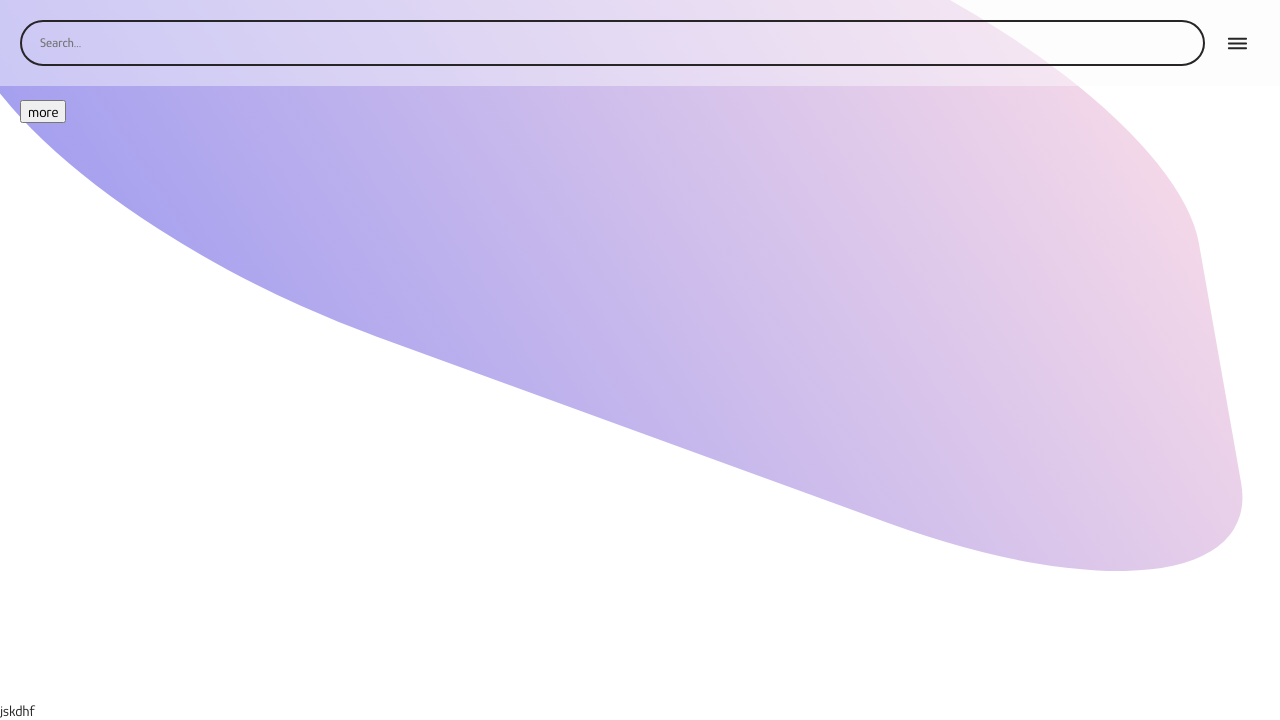
Repository: Axeliriya/my-test
Page: /
The author's editor kept a copy of each file at every save. The page is drawn from the files as they stood at one save, then again after the next save.
The browser window is 1280 px wide. The pictures show the whole page.
The page's requests for data from a server got no answer. The project was rebuilt for these pictures with package versions that can differ from the ones it lists, and the page was loaded fresh each time. No one was signed in, and anything a server would have sent is missing. Also part of the build but not shown: src/components/ProductList/ProductList.tsx, src/components/ProductItem/ProductItem.tsx.

Above is the page before, as saved 2022-04-05 15:50:49.

### public/index.html
<!DOCTYPE html>
<html lang="en">
  <head>
    <meta charset="utf-8" />
    <link rel="icon" href="%PUBLIC_URL%/favicon.ico" />
    <meta name="viewport" content="width=device-width, initial-scale=1" />
    <meta name="theme-color" content="#9796F0" />
    <title>React App</title>
  </head>
  <body>
    <div id="root"></div>
  </body>
</html>

### src/index.tsx
import { createRoot } from 'react-dom/client';
import { App } from './components';
import './assets/styles/main.scss';

const root = createRoot(document.getElementById('root') as HTMLDivElement);
root.render(<App />);

### src/components/index.ts
export * from './App/App';
export * from './Layout/Layout';
export * from './Header/Header';
export * from './Button/Button';
export * from './Input/Input';
export * from './ProductList/ProductList';
export * from './ProductItem/ProductItem';
export * from './Main/Main';

### src/assets/styles/main.scss
@import './base/normalize';
@import './base/fonts';
@import './utils/variables';
@import './utils/mixins';
@import './utils/placeholder';
@import './base/body';

### src/components/App/App.tsx
import { useEffect, useState } from 'react';
import { Layout, ProductList } from '..';
import { ProductModel } from '../../interfaces/product.interface';
import { getProducts } from '../../services/api-service';
import styles from './App.module.scss';
// import { AppProps } from './App.props';

export const App = (): JSX.Element => {
  return (
    <div className={styles.app}>
      <Layout />
    </div>
  );
};

### src/components/Layout/Layout.tsx
import { Header, Input, Main } from '..';
import styles from './Layout.module.scss';
import { LayoutProps } from './Layout.props';

export const Layout = ({ children }: LayoutProps): JSX.Element => {
  return (
    <div className={styles.layout}>
      <Header>
        <Input placeholder="Search..." />
      </Header>
      <Main />
      <footer className={styles.main}>jskdhf</footer>
    </div>
  );
};

### src/components/Header/Header.tsx
/* eslint-disable no-constant-condition */
import styles from './Header.module.scss';
import { HeaderProps } from './Header.props';
import { ReactComponent as Burger } from './burger.svg';
import { ReactComponent as Search } from './search.svg';
import { Button } from '..';

export const Header = ({ children, ...props }: HeaderProps): JSX.Element => {
  return (
    <header className={styles.header} {...props}>
      <div className={styles.wrapper}>
        {false ? (
          <>
            <a className={styles.logo} href="/">
              Сlothes
            </a>
            <Button>
              <Search />
            </Button>
          </>
        ) : (
          <div className={styles.input}>{children}</div>
        )}
      </div>
      <Button>
        <Burger />
      </Button>
    </header>
  );
};

### src/components/Button/Button.tsx
import styles from './Button.module.scss';
import { ButtonProps } from './Button.props';
import cn from 'classnames';

export const Button = ({
  appearance,
  children,
  className,
  ...props
}: ButtonProps) => {
  return (
    <button
      className={cn(styles.button, className, {
        [styles.primary]: appearance === 'primary',
        [styles.green]: appearance === 'green',
        [styles.ghost]: appearance === 'ghost',
      })}
      {...props}
    >
      {children}
    </button>
  );
};

### src/components/Input/Input.tsx
import styles from './Input.module.scss';
import { InputProps } from './Input.props';
import cn from 'classnames';

export const Input = ({ className, ...props }: InputProps): JSX.Element => {
  return <input className={cn(styles.input, className)} {...props} />;
};

### src/components/Main/Main.tsx
import { useEffect, useState } from 'react';
import { ProductList } from '..';
import { ProductModel } from '../../interfaces/product.interface';
import { getProducts } from '../../services/api-service';
import styles from './Main.module.scss';

export const Main = (): JSX.Element => {
  const [products, setProducts] = useState<ProductModel[]>();
  const [fullList, setFullist] = useState<ProductModel[]>();
  const [page, setPage] = useState<number>(1);

  useEffect(() => {
    const fetch = async () => {
      const { data } = await getProducts();
      setFullist(data?.data?.products);

      const productList = getListByPage(page, data?.data?.products);

      setProducts(productList);
    };
    fetch();
  }, [page]);

  function getListByPage(pageNumber: number, fullList: ProductModel[]) {
    if (pageNumber < 1) return [];

    const itemsPerPage = 10;
    const start = (pageNumber - 1) * itemsPerPage;
    const end = start + itemsPerPage;
    return fullList.slice(start, end);
  }

  const onClickPage = (nextPage: number) => {
    setPage((nextPage += 1));
    fullList && getListByPage(page, fullList);
  };
  return (
    <main className={styles.main}>
      {products && <ProductList products={products} />}
      {/* <ul>
    {products?.map(product => (
      <li key={product.name}>{product.name}</li>
    ))}
  </ul> */}
      <button onClick={() => onClickPage(page)}>more</button>
      <div className={styles.bg} />
    </main>
  );
};

### src/assets/styles/base/_fonts.scss
@font-face {
  font-family: 'Glory';
  font-style: normal;
  font-weight: 400;
  src: url('../../fonts/glory-regular.woff2') format('woff2'),
    url('../../fonts/glory-regular.ttf') format('ttf');
}

@font-face {
  font-family: 'Glory';
  font-style: normal;
  font-weight: 500;
  src: url('../../fonts/glory-medium.woff2') format('woff2'),
    url('../../fonts/glory-medium.ttf') format('ttf');
}

@font-face {
  font-family: 'Glory';
  font-style: normal;
  font-weight: 600;
  src: url('../../fonts/glory-semibold.woff2') format('woff2'),
    url('../../fonts/glory-semibold.ttf') format('ttf');
}

@font-face {
  font-family: 'Glory';
  font-style: normal;
  font-weight: 700;
  src: url('../../fonts/glory-bold.woff2') format('woff2'),
    url('../../fonts/glory-bold.ttf') format('ttf');
}

### src/assets/styles/utils/_variables.scss
$primary-color: #ffffff;
$primary-text-color: #272525;
$alternate-bg-color: #eef1f6;
$secondery-text-color: #454747;
$secondery-color: #3c336c;
$accent-color: #309f85;
$light-color: #c4c4c4;
$main-gradient: linear-gradient(38.95deg, #9796f0 -10.38%, #ffe0e8 107.56%);

$cubic: 250ms cubic-bezier(0.4, 0, 0.2, 1);

$font: Glory, sans-serif;

### src/assets/styles/utils/_mixins.scss
@mixin font($weight, $size, $line-height: 1.3, $family: $font) {
  font-family: $family;
  font-weight: $weight;
  font-size: $size;
  line-height: $line-height;
}

### src/assets/styles/utils/_placeholder.scss
%link {
  text-decoration: none;
}

%list {
  list-style: none;
  margin: 0;
  padding: 0;
}

%input {
  @include font(500, 13px, 1.4);
  padding: 12px 18px;
  background: transparent;
  color: $primary-text-color;
  border: 2px solid $primary-text-color;
  border-radius: 50px;
}

%btn-icon {
  padding: 10px;
  background-color: transparent;
  border: 1px solid transparent;
  border-radius: 5px;
  cursor: pointer;
  transition: all $cubic;
}

%btn {
  @include font(500, 13px, 1.4);
  color: $primary-color;
  padding: 12px 18px;
  border-radius: 50px;
}

### src/assets/styles/base/_body.scss
img {
  display: block;
  width: 100%;
  height: auto;
}

body {
  margin: 0;
  background-color: $primary-color;
  color: $primary-text-color;
  @include font(400, 15px);
}

code {
  font-family: source-code-pro, Menlo, Monaco, Consolas, 'Courier New',
    monospace;
}

### src/components/App/App.module.scss
// .app {
//   min-height: 100vh;
//   display: grid;
//   grid-template-rows: 1fr;
// }

@media screen and (min-width: 520px) {
  .app {
    grid-template-columns: auto 1fr auto;
  }
}

@media screen and (min-width: 682px) {
  .app {
    grid-template-columns: auto 665px auto;
  }
}

### src/components/Layout/Layout.module.scss
.layout {
  display: grid;
  grid-template-columns: auto 1fr auto;
  grid-template-rows: 1fr auto;
  min-height: 100vh;
}

.footer {
  grid-column: 1 / -1;
}

@media screen and (min-width: 520px) {
  .app {
    grid-template-columns: auto 1fr auto;
  }
}

@media screen and (min-width: 682px) {
  .app {
    grid-template-columns: auto 665px auto;
  }
}

### src/components/Header/Header.module.scss
@import '../../assets/styles/main.scss';

.header {
  position: fixed;
  width: 100%;
  display: flex;
  justify-content: space-between;
  align-items: center;
  background: rgba(250, 251, 253, 0.44);
  padding: 20px;
}

.wrapper {
  width: 100%;
  display: flex;
  justify-content: space-between;
  align-items: center;
  margin-right: 10px;
}

.logo {
  @extend %link;
  font-weight: 700;
  font-size: 36px;
  line-height: 105.5%;
  color: $primary-text-color;
  &:hover {
    color: $secondery-text-color;
  }
}

.input {
  width: 100%;
}

// @media screen and (min-width: 520px) {
//   .app {
//     grid-template-columns: auto 1fr auto;
//   }
// }

// @media screen and (min-width: 682px) {
//   .app {
//     grid-template-columns: auto 665px auto;
//   }
// }

### src/components/Button/Button.module.scss
@import '../../assets/styles/main.scss';

.button {
  @extend %btn-icon;
}

.button svg {
  display: block;
  width: 100%;
  height: auto;
}

.primary,
.green,
.ghost {
  @extend %btn;
  background-color: $secondery-color;
  &:hover {
    padding: 14px 20px;
    box-shadow: 0px 20px 50px rgba(0, 0, 0, 0.1);
    border-radius: 55px;
  }
}

.green {
  background-color: $accent-color;
}

.ghost {
  background-color: $light-color;
}

### src/components/Input/Input.module.scss
@import '../../assets/styles/main.scss';

.input {
  width: 100%;
  @extend %input;
  &:focus {
    border: 1px solid $primary-text-color;
  }
}

### src/components/ProductList/ProductList.module.scss
@import '../../assets/styles/main.scss';

.users {
  display: grid;
  gap: 12px;

  @extend %list;
}

### src/services/api-service.ts
import axios from 'axios';

axios.defaults.baseURL = `https://artisant.io/api`;

export const getProducts = async () => {
  return await axios.get(`/products`);
};

### src/components/Main/Main.module.scss
@import '../../assets/styles/main.scss';

.main {
  padding: 100px 20px 20px 20px;
  grid-column: 1 / -1;
}

.bg {
  position: absolute;
  top: -20px;
  left: -60px;
  z-index: -1;
  width: 100%;
  height: 300px;
  background: $main-gradient;
  transform: skew(10deg, 20deg) scale(1, 2);
  border-radius: 30%;
  overflow: hidden;
}

@media screen and (min-width: 520px) {
  // .main {
  //   grid-template-columns: auto 1fr;
  //   grid-template-rows: 1fr;
  //   grid-column: 2 / 3;
  // }
}

Loaded but not shown: src/assets/styles/base/_normalize.scss (common file)

After the next save:
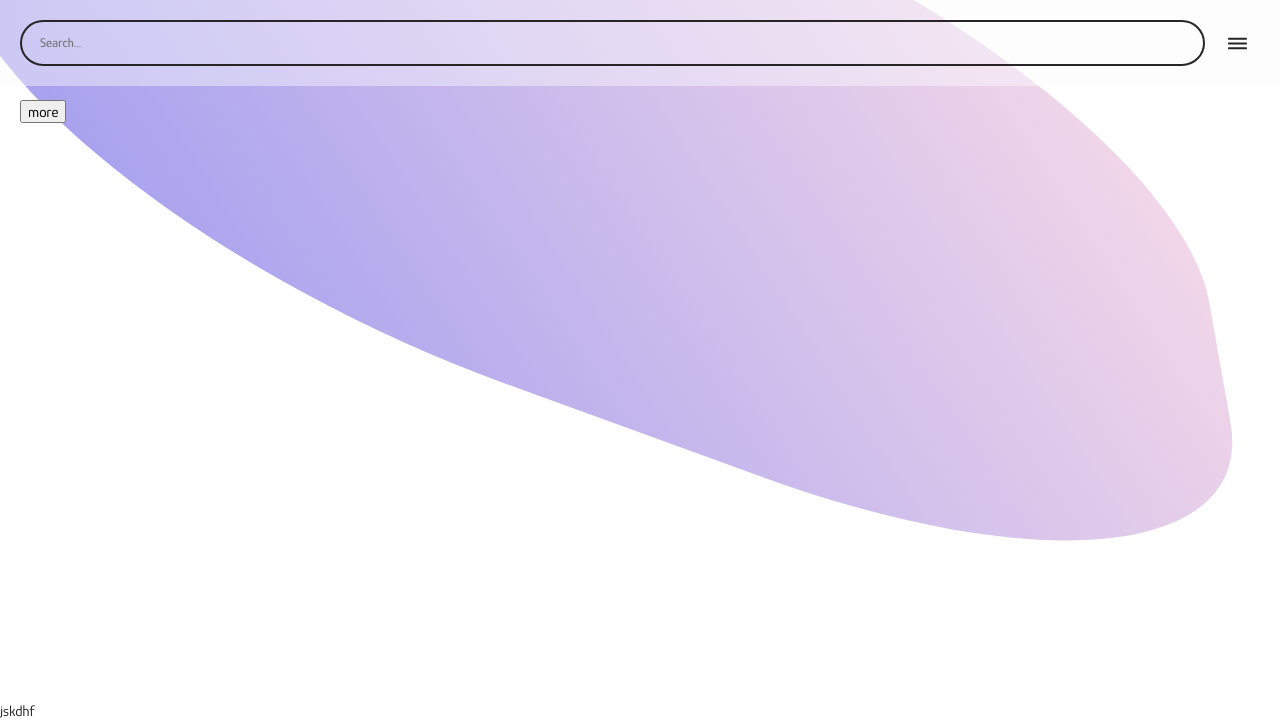
Saved 10 s later.
--- a/src/components/Main/Main.module.scss
+++ b/src/components/Main/Main.module.scss
@@ -14,7 +14,7 @@
   height: 300px;
   background: $main-gradient;
   transform: skew(10deg, 20deg) scale(1, 2);
-  border-radius: 30%;
+  border-radius: 40%;
   overflow: hidden;
 }
 
